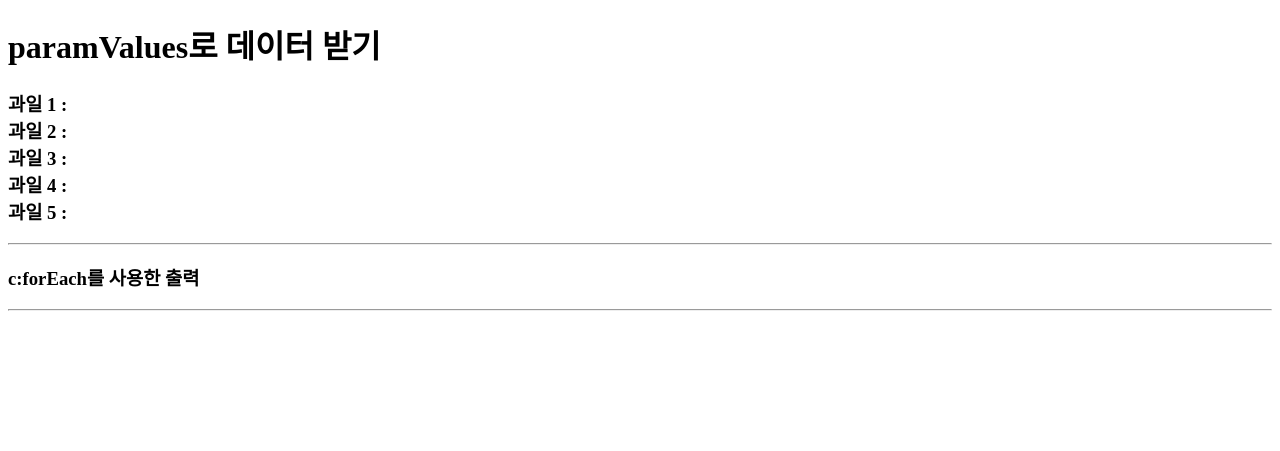
Repository: gajami-kim/240430_JSPJSTL_Study
Page: http://localhost/jstl_study/step-5.jsp
The author's editor kept a copy of each file at every save. The page is drawn from the files as they stood at one save, then again after the next save.
The browser window is 1280 px wide. The pictures show the whole page.
The page is served by Tomcat 9.

Above is the page before, as saved 2024-04-11 04:01:48.

After the next save:
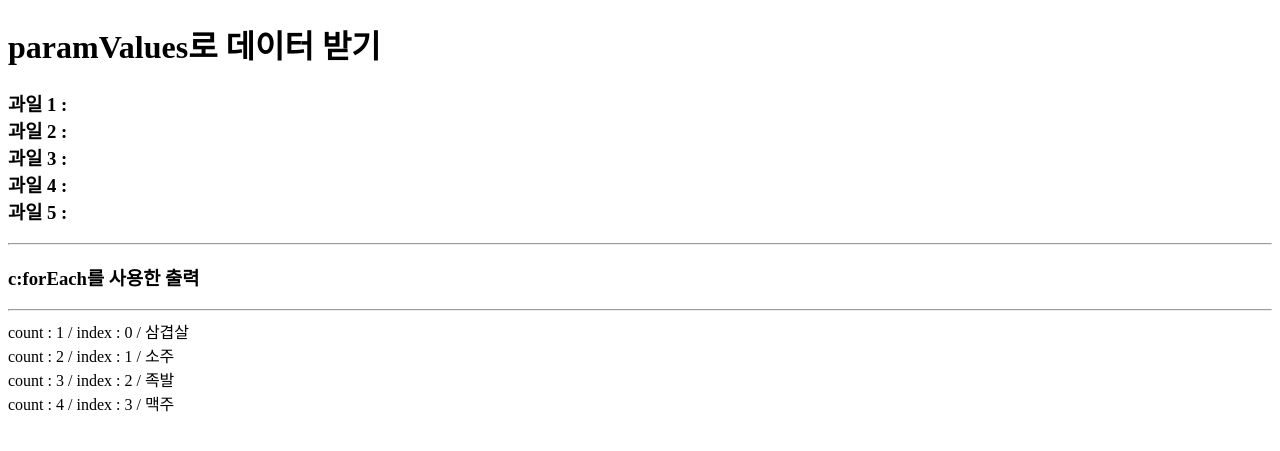
Saved 102 s later.
--- a/_jspl_workspace/jstl_study/src/main/webapp/step-5.jsp
+++ b/_jspl_workspace/jstl_study/src/main/webapp/step-5.jsp
@@ -32,5 +32,9 @@
 		//java Controller에서 jsp로 데이터를 보낼 때 쓰는 코드
 		request.setAttribute("fr", friends);
 	%>
+	<c:forEach items="${requestScope.fr }" var="fname" varStatus="i">
+		count : ${i.count } / index : ${i.index } / ${fname } <br>
+	</c:forEach>
+
 </body>
 </html>
